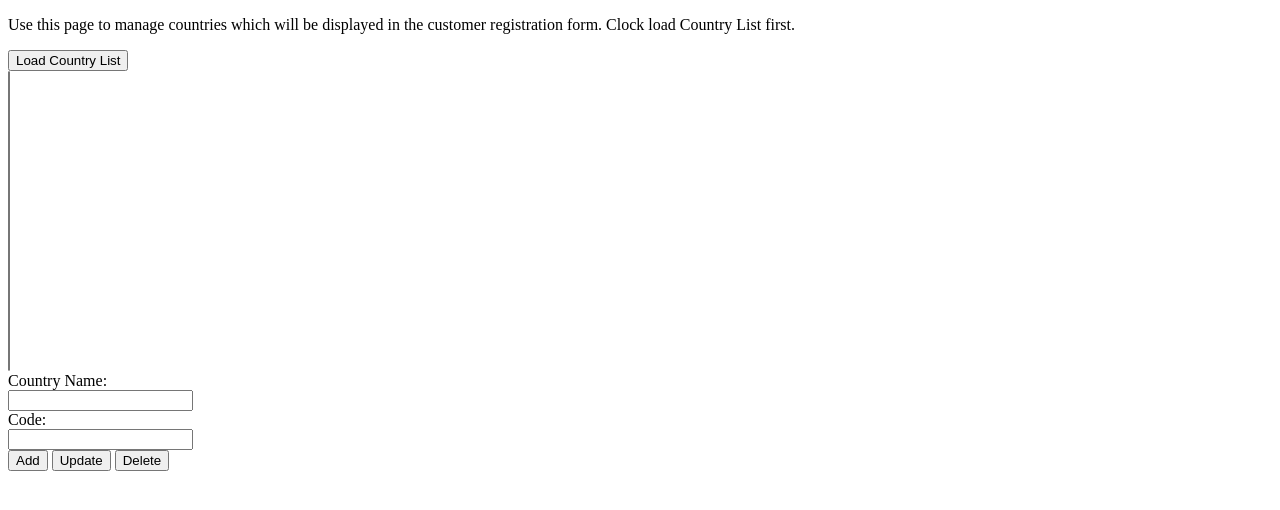
Repository: phongdz-cloud/SpringBoot-Ecommerce
Page: http://localhost/settings/states
An editor plug-in stored every save of this project. The page is shown before and after the next save, followed by the edit.
The browser window is 1280 px wide. The pictures show the whole page.
The page is this project's Thymeleaf template; nobody is signed in. The template is opened directly, without the code that normally fills it, so the values that code supplies are empty.

Above is the page before, as saved 2022-01-07 02:58:24.

### ShopmeProject/ShopmeWebParent/ShopmeBackend/src/main/resources/templates/settings/states.html
<!DOCTYPE html>
<html xmlns:th="http://www.thymleaf.org">

<body>
	<div th:fragment="content" th:remove="tag">
		<div>
			<p>
				Use this page to manage countries which will be displayed in the customer registration form.
				Clock load Country List first.
			</p>
		</div>
		<div>
			<input type="button" value="Load Country List"  id="buttonLoadCountries" class="btn btn-primary"/>
		</div>
		<div>
			<select class="form-control m-2" style="height: 300px" size="3" id="dropDownCountries">

			</select>
		</div>
		<div class="form-group row ml-2">
				<label class="col-form-label mt-2">Country Name:</label>
				<div class="col-md">
					<input type ="text" class="form-control mt-2" id="fieldCountryName" />
				</div>
				<label class="col-form-label mt-2">Code:</label>
				<div class="col-md">
					<input type ="text" class="form-control mt-2" id="fieldCountryCode" />
				</div>
				<div class="col-lg-4 mt-2">
					<input type="button" value="Add" class="btn btn-secondary mr-2" />
					<input type="button" value="Update" class="btn btn-secondary mr-2" />
					<input type="button" value="Delete" class="btn btn-secondary mr-2" />
				</div>
		</div>
	</div>
</body>

</html>

After the next save:
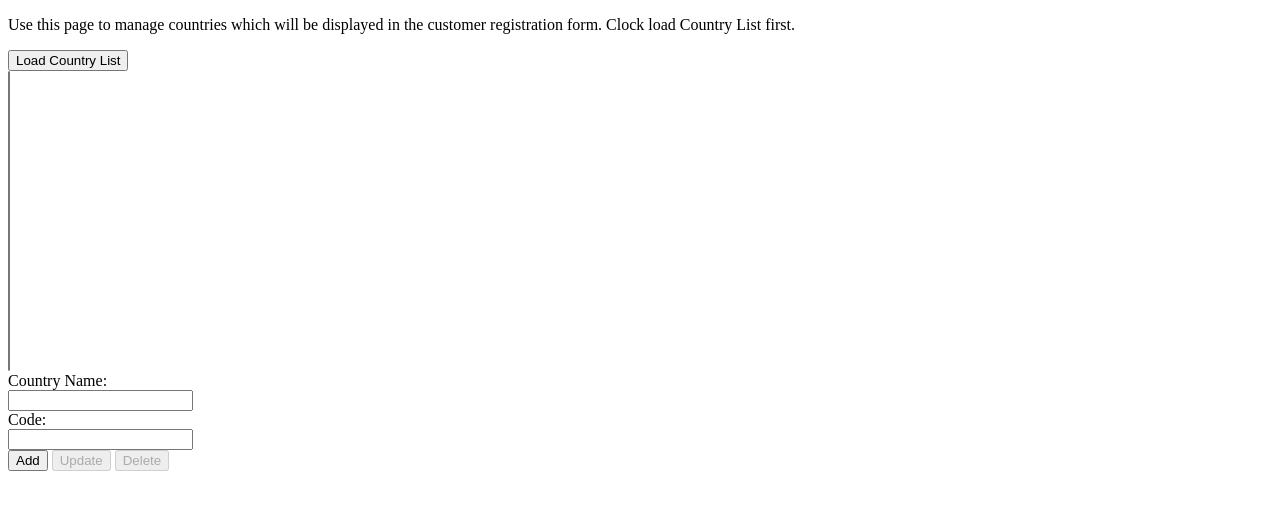
Saved 10 min 32 s later.
--- a/ShopmeProject/ShopmeWebParent/ShopmeBackend/src/main/resources/templates/settings/states.html
+++ b/ShopmeProject/ShopmeWebParent/ShopmeBackend/src/main/resources/templates/settings/states.html
@@ -27,9 +27,9 @@
 					<input type ="text" class="form-control mt-2" id="fieldCountryCode" />
 				</div>
 				<div class="col-lg-4 mt-2">
-					<input type="button" value="Add" class="btn btn-secondary mr-2" />
-					<input type="button" value="Update" class="btn btn-secondary mr-2" />
-					<input type="button" value="Delete" class="btn btn-secondary mr-2" />
+					<input type="button" id="buttonAddCountry" value="Add" class="btn btn-secondary mr-2" />
+					<input type="button" id="buttonUpdateCountry" value="Update" class="btn btn-secondary mr-2" disabled="disabled" />
+					<input type="button" id="buttonDeleteCountry" value="Delete" class="btn btn-secondary mr-2" disabled="disabled" />
 				</div>
 		</div>
 	</div>
